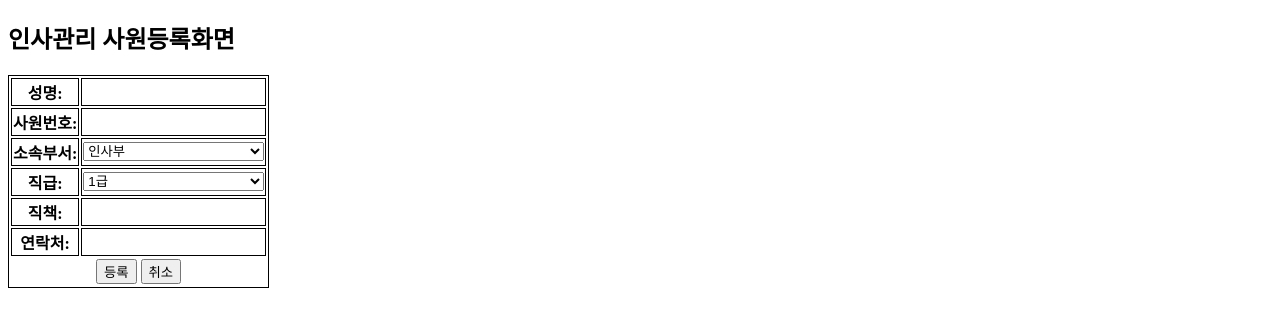
Repository: guguping/finalTestStudy
Page: http://localhost/test1/saveMemberForm.jsp
These files come from the project's save history. The page is drawn as it stood at one moment and after the next save; the edit follows.
The browser window is 1280 px wide. The pictures show the whole page.
The page is served by Tomcat 9.

Above is the page before, as saved 2023-07-28 04:28:31.

### test1/src/main/webapp/saveMemberForm.jsp
<%@ page language="java" contentType="text/html; charset=UTF-8"
    pageEncoding="UTF-8"%>
<!DOCTYPE html>
<html>
<head>
<meta charset="UTF-8">
<title>Insert title here</title>
<style>
	table, tr, th {
		border: 1px solid black;
		text-align: center;
		box-sizing: border-box;
	}
	input {
		border: none;
		outline: none;
	}
	select {
		width: 100%;
		height: 100%;
	}
</style>
</head>
<body>
	<h2>인사관리 사원등록화면</h2>
	<form action="saveMember.jsp" method="post">
	<table>
		<tr>
			<th><label for="name">성명: </label></th>
			<th><input type="text" id="name" name="name"></th>
		</tr>
		<tr>
			<th><label for="id">사원번호: </label></th>
			<th><input type="text" id="id" name="id"></th>
		</tr>
		<tr>
			<th><label for="dept">소속부서: </label></th>
			<th><select name="dept">
					<option value="인사부">인사부</option>
					<option value="기획부">기획부</option>
					<option value="홍보부">홍보부</option>
					<option value="영업부">영업부</option>
					<option value="경리부">경리부</option>
				</select></th>
		</tr>
		<tr>
			<th><label for="position">직급: </label></th>
			<th><select name="position">
					<option value="1">1급</option>
					<option value="2">2급</option>
					<option value="3">3급</option>
					<option value="4">4급</option>
				</select></th>
		</tr>
		<tr>
			<th><label for="duty">직책: </label></th>
			<th><input type="text" id="duty" name="duty"></th>
		</tr>
		<tr>
			<th><label for="phone">연락처: </label></th>
			<th><input type="text" id="phone" name="phone"></th>
		</tr>
		<tr>
			<td colspan = "2"><button type="submit">등록</button>
			<button type="button" onclick="index()">취소</button></td>
		</tr>
	</table>
	</form>
</body>
<script>
	const index = () => {
		location.href = "index.jsp";
	}
</script>
</html>

After the next save:
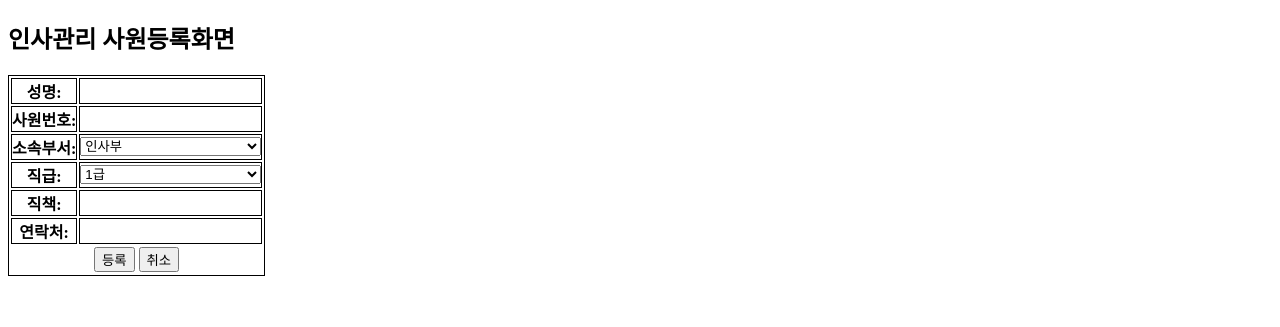
Saved 43 s later.
--- a/test1/src/main/webapp/saveMemberForm.jsp
+++ b/test1/src/main/webapp/saveMemberForm.jsp
@@ -10,6 +10,10 @@
 		border: 1px solid black;
 		text-align: center;
 		box-sizing: border-box;
+	}
+	th {
+		padding: 0;
+		margin: 0;
 	}
 	input {
 		border: none;

After the save that followed:
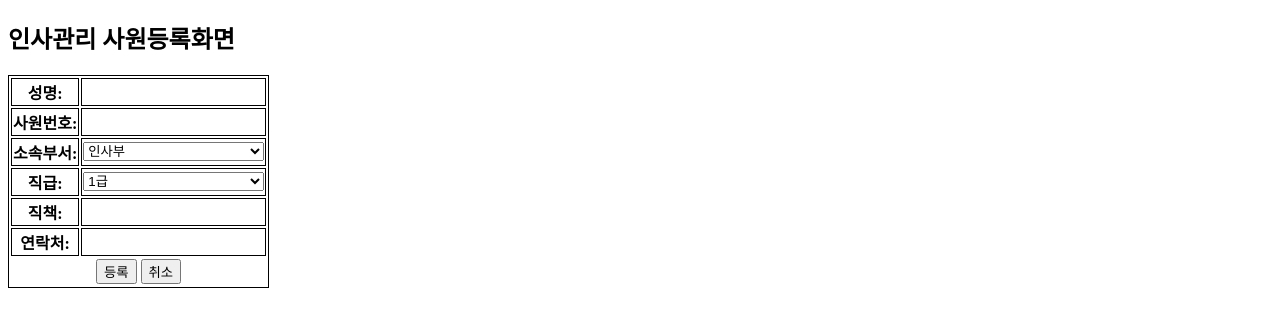
Saved 8 s later.
--- a/test1/src/main/webapp/saveMemberForm.jsp
+++ b/test1/src/main/webapp/saveMemberForm.jsp
@@ -10,10 +10,6 @@
 		border: 1px solid black;
 		text-align: center;
 		box-sizing: border-box;
-	}
-	th {
-		padding: 0;
-		margin: 0;
 	}
 	input {
 		border: none;
